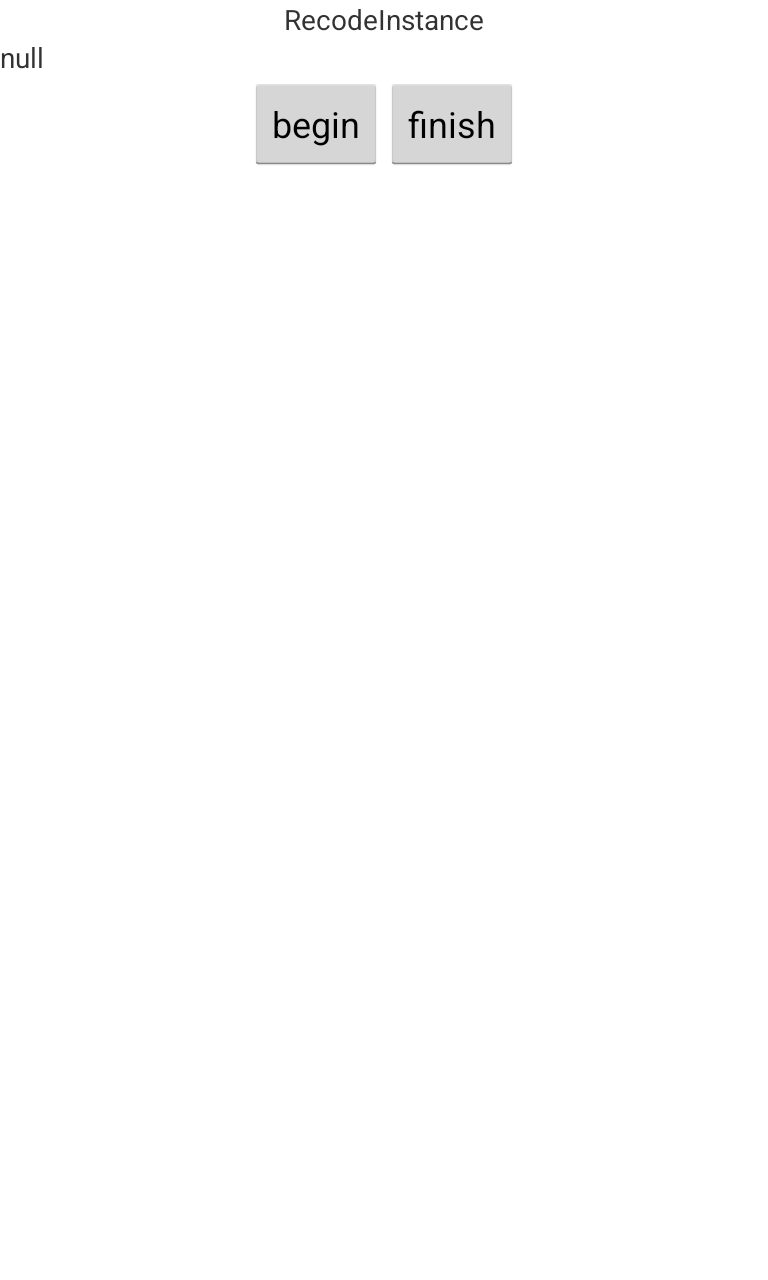
Repository: ShigerD/AndroidSample
Layout: Sample/Sample13/Sample13_5/Recode/res/layout/activity_main.xml
These files come from the project's save history. The layout is drawn as it stood at one moment and after the next save; the edit follows.
It is drawn on a 768 x 1280 px phone screen (xhdpi) without system bars, with theme AppTheme; the app's code is not run.

Above is the layout before, as saved 2016-08-18 08:04:25.

### Sample/Sample13/Sample13_5/Recode/res/layout/activity_main.xml
<LinearLayout xmlns:android="http://schemas.android.com/apk/res/android"
    xmlns:tools="http://schemas.android.com/tools"
    android:layout_width="match_parent"
    android:layout_height="match_parent"

    tools:context="com.example.recode.MainActivity" >

    <LinearLayout
        android:layout_width="fill_parent"
        android:layout_height="fill_parent"

        android:orientation="vertical" >

        <TextView
            android:layout_width="wrap_content"
            android:layout_height="wrap_content"
            android:layout_gravity="center_horizontal"
            android:text="@string/title" />

        <TextView
            android:id="@+id/textView1"
            android:layout_width="wrap_content"
            android:layout_height="wrap_content"
            android:text="@string/state" />

        <LinearLayout
            android:layout_width="match_parent"
            android:layout_height="match_parent"
            android:gravity="center_horizontal" >

            <Button
                android:id="@+id/start"
                android:layout_width="wrap_content"
                android:layout_height="wrap_content"
                android:text="@string/start" />

            <Button
                android:id="@+id/stop"
                android:layout_width="wrap_content"
                android:layout_height="wrap_content"
                android:text="@string/stop" />

        </LinearLayout>

    </LinearLayout>

</LinearLayout>

### Sample/Sample13/Sample13_5/Recode/res/values/strings.xml
<?xml version="1.0" encoding="utf-8"?>
<resources>

    <string name="app_name">Recode</string>
    <string name="hello_world">Hello world!</string>
    <string name="action_settings">Settings</string>
    <string name="title">RecodeInstance</string>
    <string name="start">begin</string>
    <string name="stop">finish</string>
    <string name="state">null</string>

</resources>

Loaded but not shown: Sample/Sample13/Sample13_5/Recode/res/values/styles.xml (common file); Sample/Sample13/Sample13_5/Recode/res/values-v11/styles.xml (common file); Sample/Sample13/Sample13_5/Recode/res/values-v14/styles.xml (common file)

After the next save:
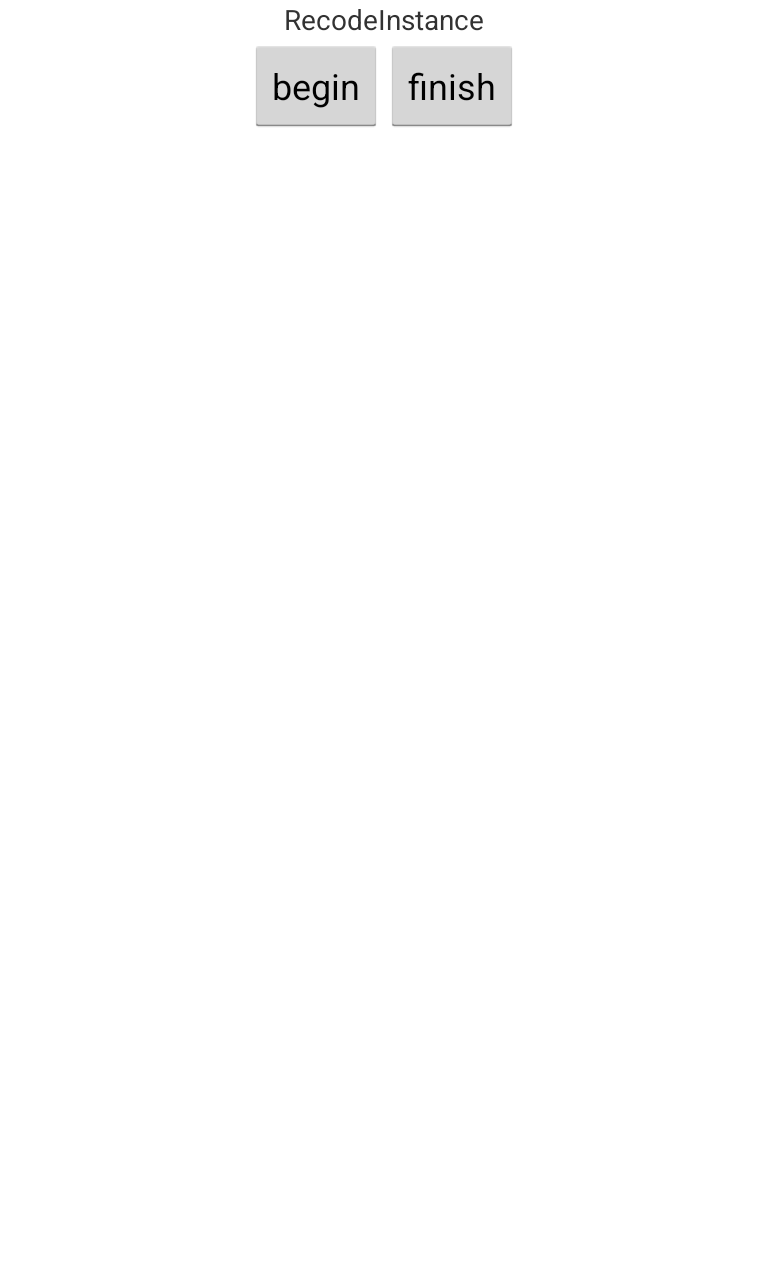
Saved 37 s later.
--- a/Sample/Sample13/Sample13_5/Recode/res/layout/activity_main.xml
+++ b/Sample/Sample13/Sample13_5/Recode/res/layout/activity_main.xml
@@ -5,7 +5,7 @@
 
     tools:context="com.example.recode.MainActivity" >
 
-    <LinearLayout
+   <LinearLayout
         android:layout_width="fill_parent"
         android:layout_height="fill_parent"
 
@@ -17,11 +17,7 @@
             android:layout_gravity="center_horizontal"
             android:text="@string/title" />
 
-        <TextView
-            android:id="@+id/textView1"
-            android:layout_width="wrap_content"
-            android:layout_height="wrap_content"
-            android:text="@string/state" />
+
 
         <LinearLayout
             android:layout_width="match_parent"
